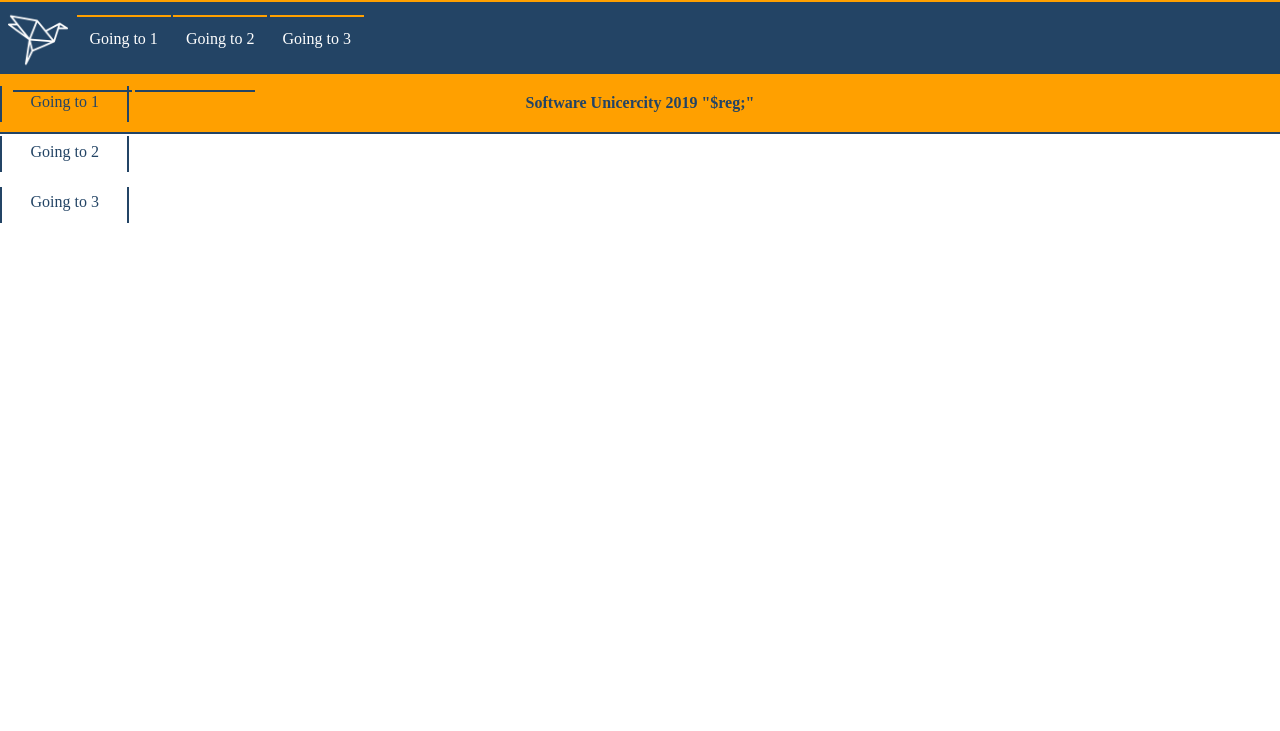
Repository: vsterev/origami
Page: /
These files come from the project's save history. The page is drawn as it stood at one moment and after the next save; the edit follows.
The browser window is 1280 px wide. The pictures show the whole page.
The project was rebuilt for these pictures with package versions that can differ from the ones it lists, and the page was loaded fresh each time.

Above is the page before, as saved 2020-07-12 12:59:59.

After the next save:
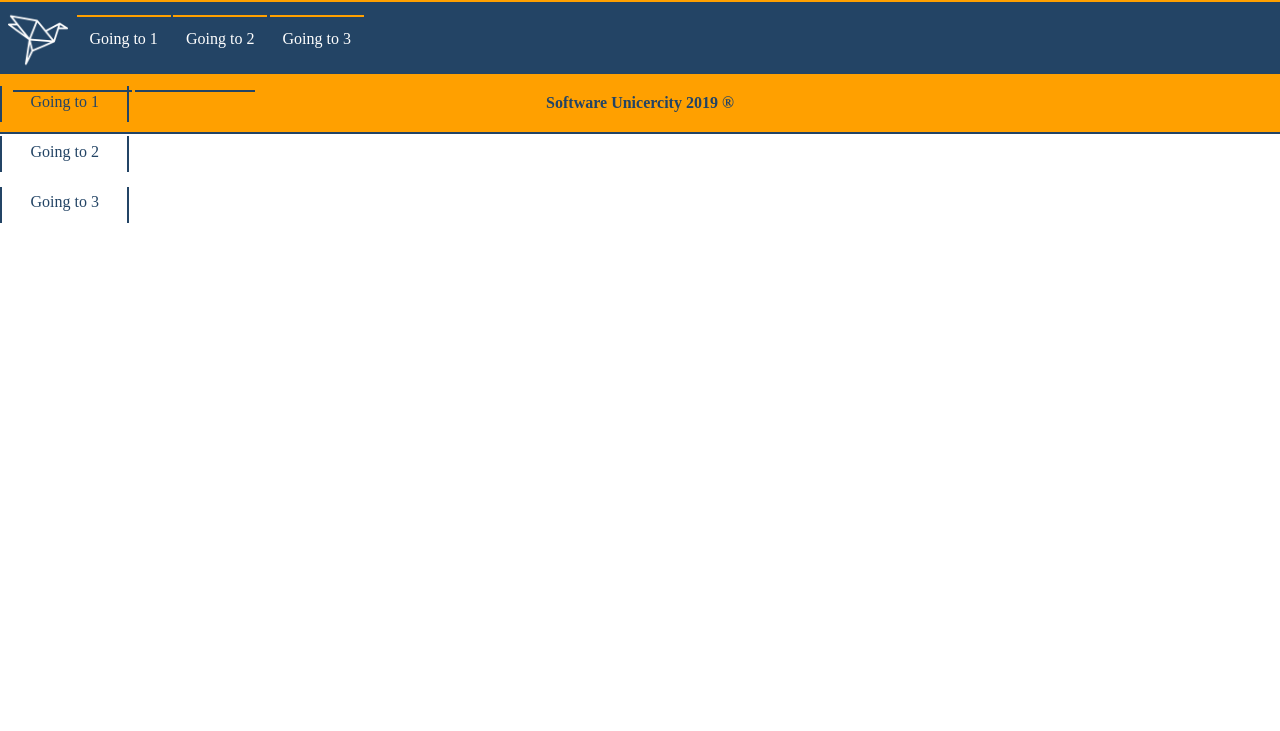
Saved 23 s later.
--- a/src/components/footer/index.js
+++ b/src/components/footer/index.js
@@ -10,7 +10,7 @@
                 <Link to="/">Going to 2</Link>
                 <Link to="/new">Going to 3</Link>
             </ul>
-            <p>Software Unicercity 2019 "$reg;"</p>
+            <p>Software Unicercity 2019 &reg;</p>
         </footer>
     )
 }
